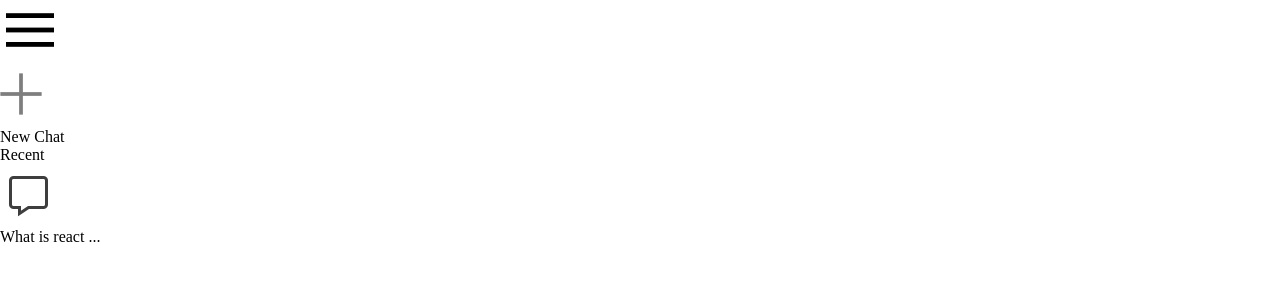
Repository: diyorbe-beep/GhostAi
Page: /
An editor plug-in stored every save of this project. The page is shown before and after the next save, followed by the edit.
The browser window is 1280 px wide. The pictures show the whole page.
The project was rebuilt for these pictures with package versions that can differ from the ones it lists, and the page was loaded fresh each time. Also part of the build but not shown: vite.config.js, src/components/sidebar/sidebar.css.

Above is the page before, as saved 2025-08-31 11:35:34.

### index.html
<!doctype html>
<html lang="en">
  <head>
    <meta charset="UTF-8" />
    <link rel="icon" type="image/svg+xml" href="./public/ChatGPT Image 31 авг. 2025 г., 11_16_32.png" />
    <meta name="viewport" content="width=device-width, initial-scale=1.0" />
    <title>GhostAi</title>
  </head>
  <body>
    <div id="root"></div>
    <script type="module" src="/src/main.jsx"></script>
  </body>
</html>

### src/index.css
*{
  margin: 0;
  padding: 0;
  box-sizing: border-box;
}

/* body{
  background-color: #171618;
} */

### src/App.jsx
import React from 'react'
import Sidebar from './components/sidebar/sidebar'
export default function App() {
  return (
    <>
      <Sidebar />
    </>
  )
}

### src/components/sidebar/sidebar.jsx
import React from 'react'
import './sidebar.css'
import {assets} from '../../assets/assets'
export default function sidebar() {
  return (
    <div className='sidebar'>
      <div className="top">
        <img className='menu' src={assets.menu_icon} alt="" />
        <div className="new_chat">
            <img src={assets.plus_icon} alt="" />
            <p>New Chat</p>
        </div>
        <div className="recent">
            <p className='recent-title' >Recent </p>
            <div className="recent-entry">
                <img src={assets.message_icon} alt="" />
                <p>What is react ...</p>
            </div>
        </div>
      </div>
      <div className="bottom"></div>
    </div>
  )
}

### src/assets/assets.js
import history_icon from './history_icon.png'
import menu_icon from './menu_icon.png'
import plus_icon from './plus_icon.png'
import question_icon from './question_icon.png'
import setting_icon from './setting_icon.png'
import bulb_icon from './bulb_icon.png'
import compass_icon from './compass_icon.png'
import gallery_icon from './gallery_icon.png'
import mic_icon from './mic_icon.png'
import user_icon from './user_icon.png'
import youtube_icon from './youtube_icon.png'
import message_icon from './message_icon.png'
import code_icon from './code_icon.png'
import send_icon from './send_icon.png'
import gemini_icon from './gemini_icon.png'

export const assets = {
    history_icon,
    menu_icon,
    plus_icon,
    question_icon,
    setting_icon,
    bulb_icon,
    compass_icon,
    gallery_icon,
    mic_icon,
    user_icon,
    youtube_icon,
    message_icon,
    code_icon,
    send_icon,
    gemini_icon
}

Loaded but not shown: src/main.jsx (common file)

After the next save:
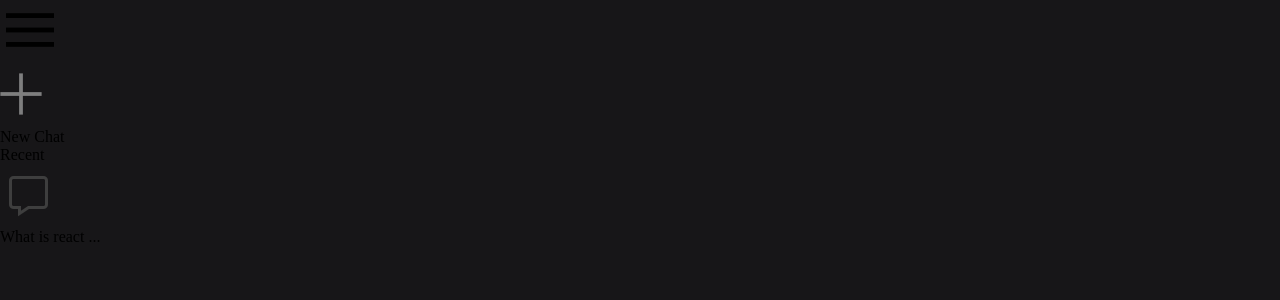
Saved 5 s later.
--- a/src/index.css
+++ b/src/index.css
@@ -4,6 +4,6 @@
   box-sizing: border-box;
 }
 
-/* body{
+body{
   background-color: #171618;
-} */
+}

After the save that followed:
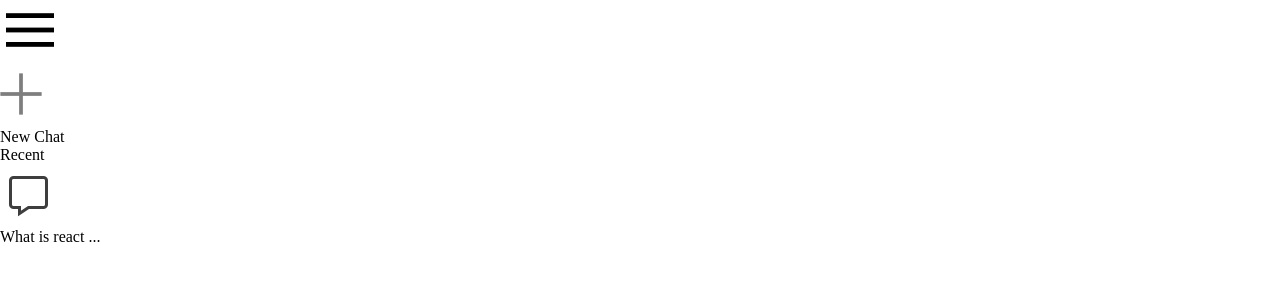
Saved 10 s later.
--- a/src/index.css
+++ b/src/index.css
@@ -4,6 +4,6 @@
   box-sizing: border-box;
 }
 
-body{
+/* body{
   background-color: #171618;
-}
+} */
